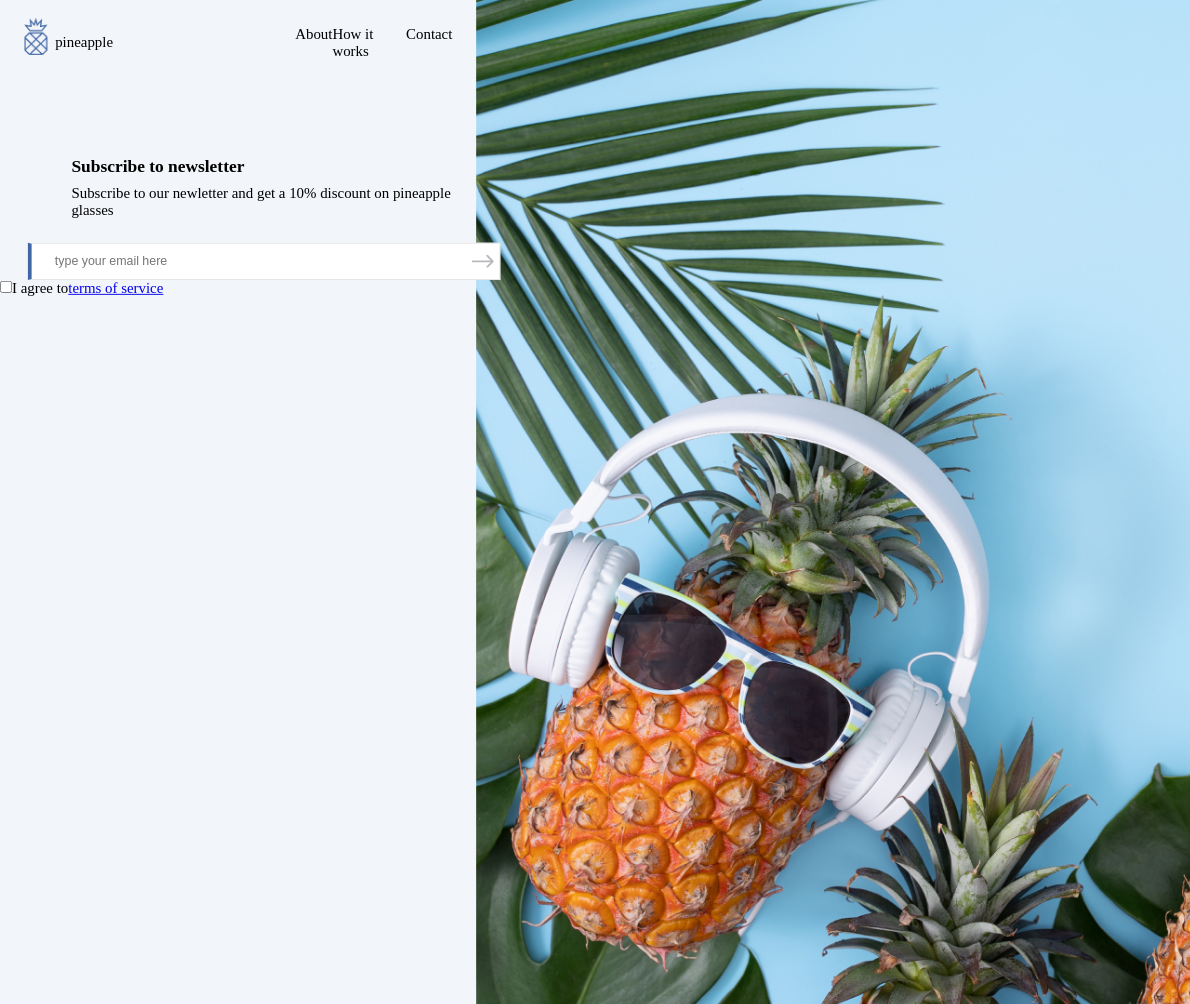
Repository: PaulsBebris/megabit-task
Page: /
An editor plug-in stored every save of this project. The page is shown before and after the next save, followed by the edit.
The browser window is 1280 px wide. The pictures show the whole page, at 93% of full size.
The project was rebuilt for these pictures with package versions that can differ from the ones it lists, and the page was loaded fresh each time.

Above is the page before, as saved 2021-04-19 14:38:48.

### src/App.vue
<template>
  <div id="app">
    <!-- <div id="nav">
      <router-link to="/">Home</router-link> |
      <router-link to="/about">About</router-link>
    </div> -->
    <router-view/>
  </div>
</template>

<style lang="scss">
// normalize
* {
  padding: 0;
  margin: 0;
  box-sizing: border-box;
}
#app {
  // font-family: Avenir, Helvetica, Arial, sans-serif;
  // -webkit-font-smoothing: antialiased;
  // -moz-osx-font-smoothing: grayscale;
  // text-align: center;
  // color: #2c3e50;
  overflow: hidden;
}

// #nav {
//   padding: 30px;

//   a {
//     font-weight: bold;
//     color: #2c3e50;

//     &.router-link-exact-active {
//       color: #42b983;
//     }
//   }
// }
</style>

### src/router/index.js
import Vue from 'vue'
import VueRouter from 'vue-router'
import Home from '../views/Home.vue'

Vue.use(VueRouter)

const routes = [
  {
    path: '/',
    name: 'Home',
    component: Home
  }
]

const router = new VueRouter({
  routes
})

export default router

// {
// path: '/about',
// name: 'About',
// route level code-splitting
// this generates a separate chunk (about.[hash].js) for this route
// which is lazy-loaded when the route is visited.
// component: () => import(/* webpackChunkName: "about" */ '../views/About.vue')
// }

### src/views/Home.vue
<template>
  <div class="home">
    <div class="page-content-wrapper">
      <div class="header-wrapper">
        <div class="logo">
          <img src="../assets/img/pineapple.png" alt="pineapple">
          <span>pineapple</span>
        </div>
        <div class="main-menu">
          <div>About</div>
          <div>How it works</div>
          <div>Contact</div>
        </div>
      </div>
      <div class="content-wrapper">
        <h3>Subscribe to newsletter</h3>
        <p>Subscribe to our newletter and get a 10% discount on pineapple glasses</p>
      </div>
      <div class="subscribe-form-wrapper">
        <input type="text" placeholder="type your email here" @click="onSubscribe" v-model="email" >
        <div class="submit-button">
          <span>
            <img src="../assets/img/ic_arrow.svg" alt="arrow">
          </span>
        </div>
      </div>
      <div class="terms-of-use">
        <input type="checkbox" name="agreedOnTerms" id="">I agree to<a href="#">terms of service</a>
      </div>
      <div class="social-wrapper"></div>
    </div>
    <div class="base-image">
      <img :src=sommer alt="">
    </div>
  </div>
</template>

<script>
import sommer from '@/assets/img/sommer.png'

export default {
  name: 'Home',
  components: {},
  data () {
    return {
      sommer,
      email: ''
    }
  },
  methods: {
    onSubscribe () {
      // axios send data
    }
  }
}
</script>

<style lang="scss" scoped>
@import "../assets/scss/defaults.scss";
.home {
  display: flex;
  // grid-template-columns: 3fr 1fr;
  // grid-template-rows: 100vh;
  width: 680px;
  height: 1080px;
  // color: $blue;
  // overflow: hidden;
}
.page-content-wrapper {
  width: 40vw;
  height: 1080px;
  background-color: $light-blue;
}
.base-image {
  width: 60vw;
}
.base-image img {
  max-height: 1080px;
}
.header-wrapper {
  display: flex;
  justify-content: space-between;
  margin: 5% 0 20% 0;
  align-items: center;
}
.logo {
  margin-left: 5%;
  display: flex;
  align-items: center;
}
.logo img {
  margin-right: 10%;
  position: relative;
  top: -7px;
}
.main-menu {
  margin-right: 5%;
  display: flex;
  justify-content: space-between;
  width: 33%;
}
.content-wrapper {
  padding-left: 15%;
}
.content-wrapper :first-child {
  margin-bottom: 2%;
}
.content-wrapper p {
  margin-bottom: 6%;
}
.subscribe-form-wrapper {
  display: flex;
  justify-content: right;
  width: 42vw;
}
.subscribe-form-wrapper input {
  border: none;
  border-left: 4px solid $blue;
  padding-left: 25px;
  margin-left: 30px;
  height: 40px;
  z-index: 2;
  width: 90%;
  border-top: 1px solid $light-grey;
  border-bottom: 1px solid $light-grey;
}
.submit-button {
  z-index: 2;
  width: 38px;
  background-color: #fff;
  border-top: 1px solid $light-grey;
  border-right: 1px solid $light-grey;
  border-bottom: 1px solid $light-grey;
  height: 40px;
}
.submit-button {
  display: flex;
  justify-content: center;
  align-items: center;
}
.submit-button span {
  margin-top: 5px;
}
// mobile
@media screen and (max-width: 1024px) {
  .base-image {
    display: none;
  }
  .page-content-wrapper {
    width: 100vw;
    background-image: url('../assets/img/sommer.png');
    background-repeat: no-repeat;
    background-position: center;
    background-attachment: fixed;
    background-size: cover;
    max-height: 746px;
  }
}
</style>

### src/assets/scss/_defaults.scss
$blue: #4066A5;
$black: #131821;
$grey: #6A707B;
$light-grey: #E3E3E4;
$light-blue: #F2F5FA;

Loaded but not shown: public/index.html (common file); src/main.js (common file); src/store/index.js (common file)

After the next save:
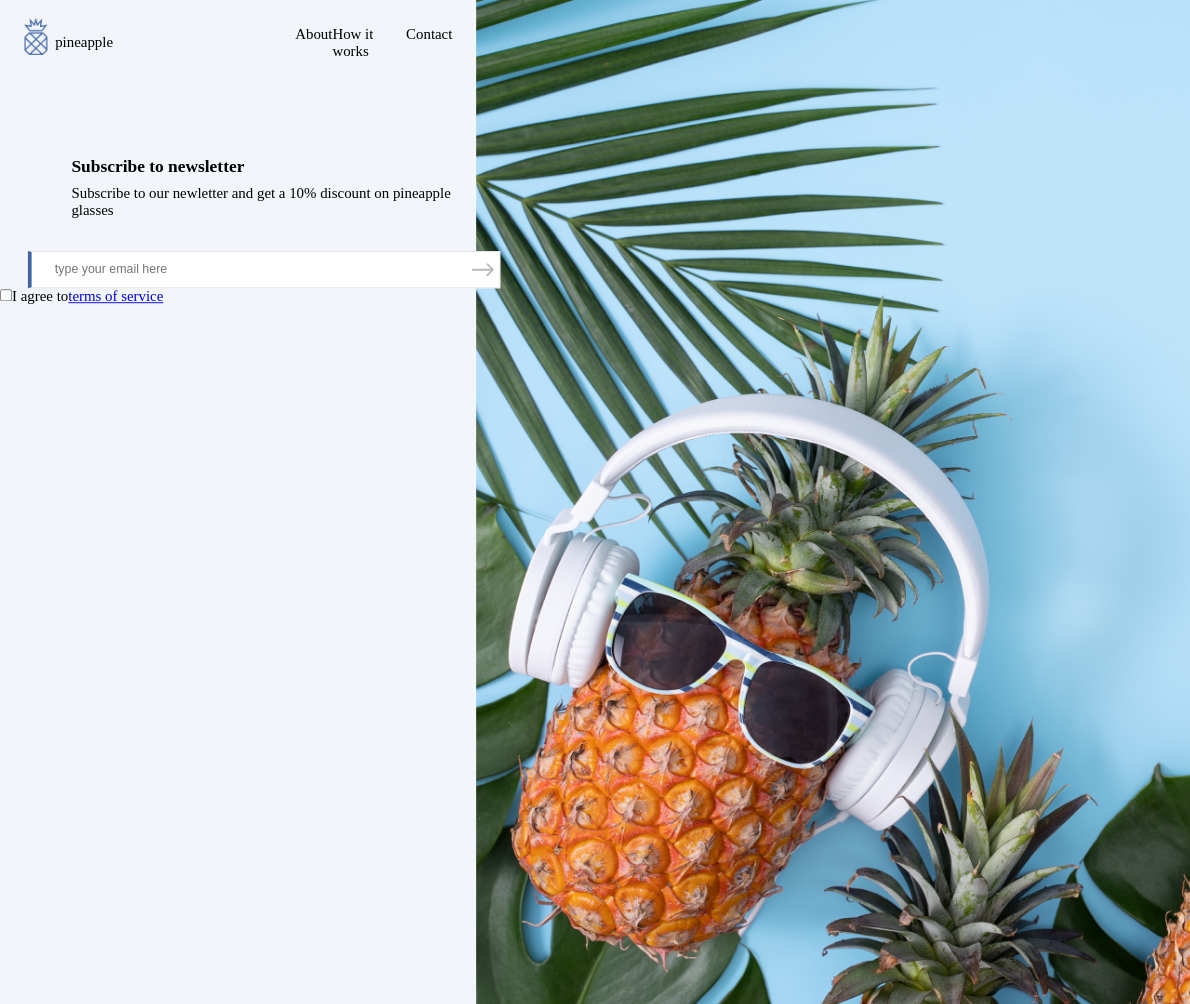
Saved 8 s later.
--- a/src/views/Home.vue
+++ b/src/views/Home.vue
@@ -106,7 +106,7 @@ export default {
   margin-bottom: 2%;
 }
 .content-wrapper p {
-  margin-bottom: 6%;
+  margin-bottom: 8%;
 }
 .subscribe-form-wrapper {
   display: flex;
